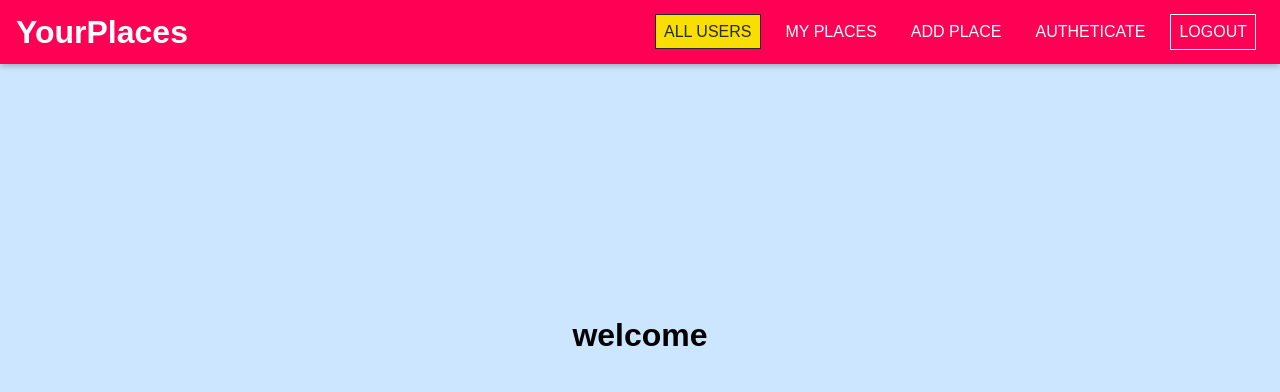
Repository: TanviSanyal/ImageEditingBootcamp
Page: /
An editor plug-in stored every save of this project. The page is shown before and after the next save, followed by the edit.
The browser window is 1280 px wide. The pictures show the whole page.
The project was rebuilt for these pictures with package versions that can differ from the ones it lists, and the page was loaded fresh each time. Also part of the build but not shown: src/shared/components/navigation/SideDrawer.css, src/shared/components/UIElements/Backdrop.css, src/shared/components/UIElements/Backdrop.js.

Above is the page before, as saved 2020-09-26 22:15:07.

### public/index.html
<!DOCTYPE html>
<html lang="en">
  <head>
    <meta charset="utf-8" />
    <link rel="icon" href="%PUBLIC_URL%/favicon.ico" />
    <meta name="viewport" content="width=device-width, initial-scale=1" />
    <meta name="theme-color" content="#000000" />
    <meta
      name="description"
      content="Web site created using create-react-app"
    />
    <link rel="apple-touch-icon" href="%PUBLIC_URL%/logo192.png" />
    <link rel="manifest" href="%PUBLIC_URL%/manifest.json" />
    <title>React App</title>
  </head>
  <body>
    <noscript>You need to enable JavaScript to run this app.</noscript>
    <div id="backdrop-hook"></div>
    <div id="modal-hook"></div>
    <div id="drawer-hook"></div>
    <div id="root"></div>
  </body>
</html>

### src/index.css
@import url('https://fonts.googleapis.com/css?family=Open+Sans:400,700&display=swap');

* {
  box-sizing: border-box;
}

html {
  font-family:Arial, Helvetica, sans-serif;
	font-weight:normal;
}

body {
  margin: 0;
  background: #cce6ff;
}

### src/App.js
import React from 'react';
import {
  BrowserRouter as Router,
  Route,
  Redirect,
  Switch
} from 'react-router-dom';
import './App.css'
import MainNavigation from '../src/shared/components/navigation/MainNavigation';


const App = () => {

  // <Switch>
  //   <Route path="/" exact>
  //     {/* <Users /> */}
  //   </Route>
  //   <Route path="/:userId/places" exact>
  //     {/* <UserPlaces /> */}
  //   </Route>
  //   <Route path="/places/new" exact>
  //     {/* <NewPlace /> */}
  //   </Route>
  //   <Route path='/places/:placeId'>
  //     {/* <UpdatePlace /> */}
  //   </Route>
  //   <Redirect to="/" />
  // </Switch>

  return (
    <Router>
      <MainNavigation />
      <main className="main-body">
        <h1 className="welcome-text">welcome</h1>
      </main>
    </Router>
  );
};

export default App;

### src/App.css
main {
  text-align: center;
  align-items: center;
  padding-top: 30vh;
}

### src/shared/components/navigation/MainNavigation.js
import React, { useState } from 'react';
import { Link } from 'react-router-dom';

import MainHeader from './MainHeader';
import NavLinks from './NavLinks';
import SideDrawer from './SideDrawer';
import Backdrop from '../UIElements/Backdrop';
import './MainNavigation.css';

const MainNavigation = props => {
  const [drawerIsOpen, setDrawerIsOpen] = useState(false);

  const openDrawerHandler = () => {
    setDrawerIsOpen(true);
  };

  const closeDrawerHandler = () => {
    setDrawerIsOpen(false);
  };

  return (
    <React.Fragment>
      {drawerIsOpen && <Backdrop onClick={closeDrawerHandler} />}
      <SideDrawer show={drawerIsOpen} onClick={closeDrawerHandler}>
        <nav className="main-navigation__drawer-nav">
          <NavLinks />
        </nav>
      </SideDrawer>

      <MainHeader>
        <button className="main-navigation__menu-btn" onClick={openDrawerHandler}>
          <span />
          <span />
          <span />
        </button>
        <h1 className="main-navigation__title">
          <Link to="/">YourPlaces</Link>
        </h1>
        <nav className="main-navigation__header-nav">
          <NavLinks />
        </nav>
      </MainHeader>
    </React.Fragment>
  );
};

export default MainNavigation;

### src/shared/components/navigation/MainHeader.js
import React from 'react';

import './MainHeader.css';

const MainHeader = props => {
  return <header className="main-header">{props.children}</header>;
};

export default MainHeader;

### src/shared/components/navigation/NavLinks.js
import React,{useContext} from 'react';
import './NavLinks.css';
import {NavLink} from 'react-router-dom';
// import {AuthContext} from '../../context/auth-context';

const NavLinks = props => {

    // const auth = useContext(AuthContext);
    return(
        <ul className="nav-links">
            <li>
                <NavLink to="/" exact>ALL USERS</NavLink>
            </li>
           <li>
                <NavLink to="/u1/places">MY PLACES</NavLink>
            </li>
           <li>
                <NavLink to="/places/new">ADD PLACE</NavLink>
            </li>
            <li>
                <NavLink to="/auth">AUTHETICATE</NavLink>
            </li>
             <li><button >LOGOUT</button></li>
        </ul>
    );
};

export default NavLinks;

### src/shared/components/navigation/MainNavigation.css
.main-navigation__menu-btn {
    width: 3rem;
    height: 3rem;
    background: transparent;
    border: none;
    display: flex;
    flex-direction: column;
    justify-content: space-around;
    margin-right: 2rem;
    cursor: pointer;
  }

  .main-navigation__menu-btn span {
    display: block;
    width: 3rem;
    height: 2.5px;
    background: white;
  }

  .main-navigation__title {
    color: white;
  }

  .main-navigation__title a {
    text-decoration: none;
    color: white;
  }

  .main-navigation__header-nav {
    display: none;
  }

  .main-navigation__drawer-nav {
    height: 100%;
  }

  @media (min-width: 768px) {
    .main-navigation__menu-btn {
      display: none;
    }

    .main-navigation__header-nav {
      display: block;
    }
  }

### src/shared/components/navigation/NavLinks.css
.nav-links {
    list-style: none;
    margin: 0;
    padding: 0;
    width: 100%;
    height: 100%;
    display: flex;
    flex-direction: column;
    justify-content: center;
    align-items: center;
  }

  .nav-links li {
    margin: 1rem;
  }

  .nav-links a {
    border: 1px solid transparent;
    color: #292929;
    text-decoration: none;
    padding: 0.5rem;
  }

  .nav-links a:hover,
  .nav-links a:active,
  .nav-links a.active {
    background: #f8df00;
    border-color: #292929;
    color: #292929;
  }

  .nav-links button {
    cursor: pointer;
    border: 1px solid #292929;
    color: #292929;
    background: transparent;
    padding: 0.5rem;
    font: inherit;
  }

  .nav-links button:focus {
    outline: none;
  }

  .nav-links button:hover,
  .nav-links button:active {
    background: #292929;
    color: white;
  }

  @media (min-width: 768px) {
    .nav-links {
      flex-direction: row;
    }

    .nav-links li {
      margin: 0 0.5rem;
    }

    .nav-links a {
      color: white;
      text-decoration: none;
    }

    .nav-links button {
      border: 1px solid white;
      color: white;
      background: transparent;
    }

    .nav-links button:hover,
    .nav-links button:active {
      background: #f8df00;
      color: #292929;
    }
  }

Loaded but not shown: src/index.js (common file); src/shared/components/navigation/SideDrawer.js (common file); src/shared/components/navigation/MainHeader.css (common file)

After the next save:
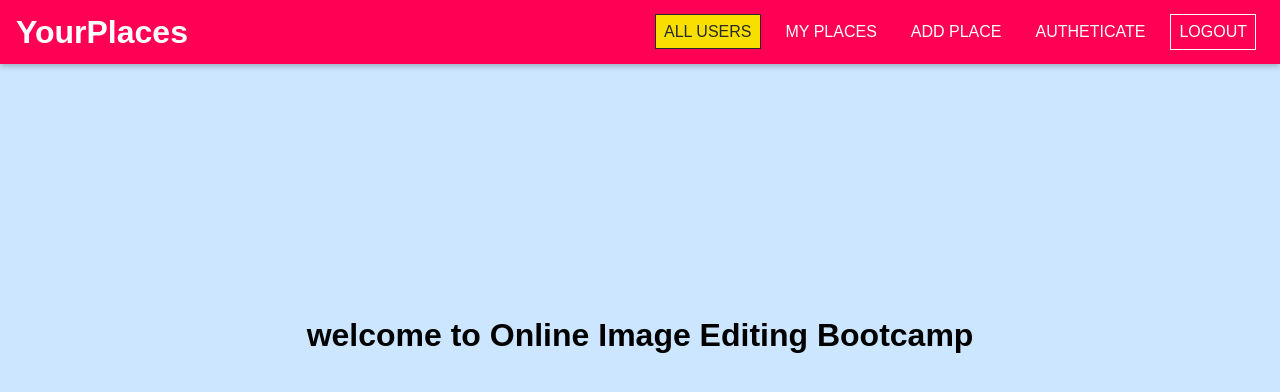
Saved 2 min 23 s later.
--- a/src/App.js
+++ b/src/App.js
@@ -31,7 +31,7 @@ const App = () => {
     <Router>
       <MainNavigation />
       <main className="main-body">
-        <h1 className="welcome-text">welcome</h1>
+        <h1 className="welcome-text">welcome to Online Image Editing Bootcamp</h1>
       </main>
     </Router>
   );
